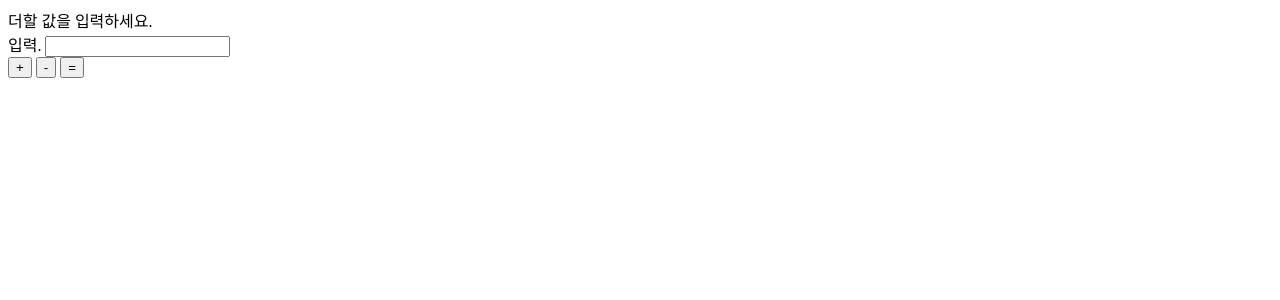
Repository: jocod98/servlet-jsp
Page: JSPPrj/src/main/webapps/calc3.html
An editor plug-in stored every save of this project. The page is shown before and after the next save, followed by the edit.
The browser window is 1280 px wide. The pictures show the whole page.

Above is the page before, as saved 2023-01-10 08:38:38.

### JSPPrj/src/main/webapps/calc3.html
<!DOCTYPE html>
<html>
<head>
<meta charset="UTF-8">
<title>Insert title here</title>
</head>
<body>
<div>
	<form action = "calc3" method = "post">
	<div>
	<label>더할 값을 입력하세요.</label>
	</div>
	<div>
	<label>입력.</label>
		<input type ="text" name = "v" />
	</div>
	<div>
		<input type = "submit" name = "operator" value ="+" />
		<input type = "submit" name = "operator" value ="-" />
		<input type = "submit" name = "operator" value ="=" />
	</div>
	</form>
</div>
</body>
</html>

After the next save:
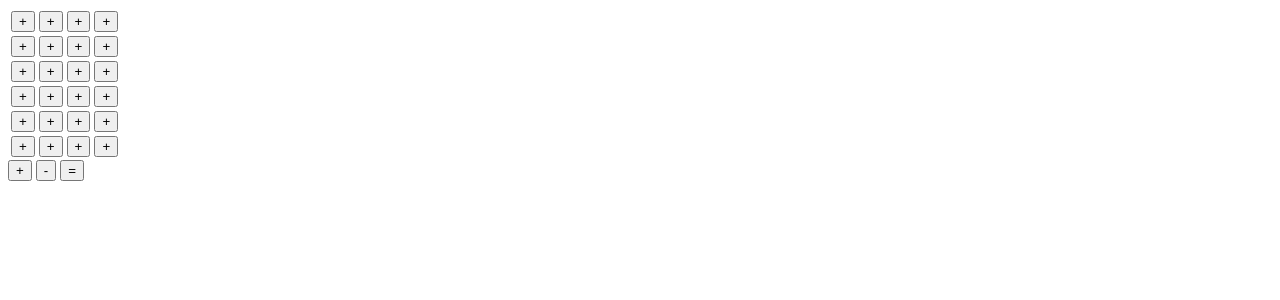
Saved 2 min 15 s later.
--- a/JSPPrj/src/main/webapps/calc3.html
+++ b/JSPPrj/src/main/webapps/calc3.html
@@ -7,13 +7,45 @@
 <body>
 <div>
 	<form action = "calc3" method = "post">
-	<div>
-	<label>더할 값을 입력하세요.</label>
-	</div>
-	<div>
-	<label>입력.</label>
-		<input type ="text" name = "v" />
-	</div>
+	<table>
+		<tr>
+			<td><input type = "submit" name = "operator" value ="+" /> </td>
+			<td><input type = "submit" name = "operator" value ="+" /> </td>
+			<td><input type = "submit" name = "operator" value ="+" /> </td>
+			<td><input type = "submit" name = "operator" value ="+" /> </td>
+		</tr>
+		<tr>
+			<td><input type = "submit" name = "operator" value ="+" /> </td>
+			<td><input type = "submit" name = "operator" value ="+" /> </td>
+			<td><input type = "submit" name = "operator" value ="+" /> </td>
+			<td><input type = "submit" name = "operator" value ="+" /> </td>
+		</tr>
+		<tr>
+			<td><input type = "submit" name = "operator" value ="+" /> </td>
+			<td><input type = "submit" name = "operator" value ="+" /> </td>
+			<td><input type = "submit" name = "operator" value ="+" /> </td>
+			<td><input type = "submit" name = "operator" value ="+" /> </td>
+		</tr>
+		<tr>
+			<td><input type = "submit" name = "operator" value ="+" /> </td>
+			<td><input type = "submit" name = "operator" value ="+" /> </td>
+			<td><input type = "submit" name = "operator" value ="+" /> </td>
+			<td><input type = "submit" name = "operator" value ="+" /> </td>
+		</tr>
+		<tr>
+			<td><input type = "submit" name = "operator" value ="+" /> </td>
+			<td><input type = "submit" name = "operator" value ="+" /> </td>
+			<td><input type = "submit" name = "operator" value ="+" /> </td>
+			<td><input type = "submit" name = "operator" value ="+" /> </td>
+		</tr>
+		<tr>
+			<td><input type = "submit" name = "operator" value ="+" /> </td>
+			<td><input type = "submit" name = "operator" value ="+" /> </td>
+			<td><input type = "submit" name = "operator" value ="+" /> </td>
+			<td><input type = "submit" name = "operator" value ="+" /> </td>
+		</tr>
+
+	</table>
 	<div>
 		<input type = "submit" name = "operator" value ="+" />
 		<input type = "submit" name = "operator" value ="-" />
